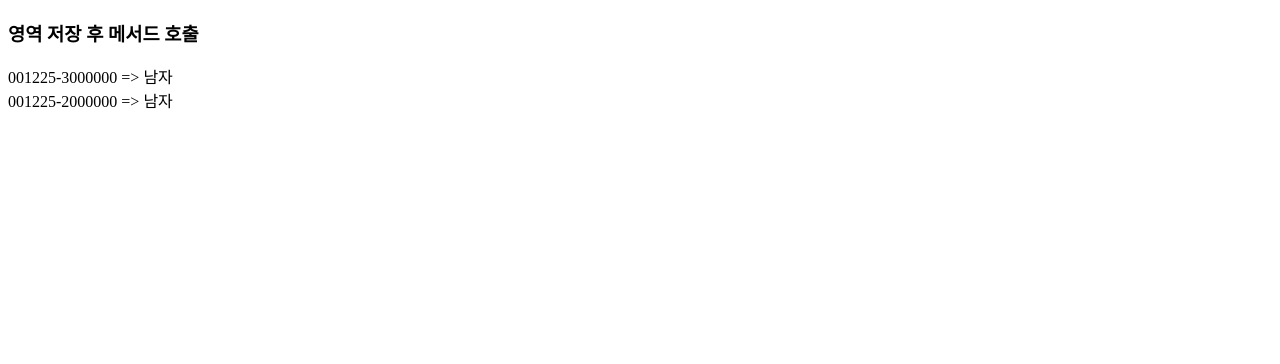
Repository: Jadedvst/Java_JSP-Servlet
Page: http://localhost/MustHaveJSP/10EL/ELCallMethod.jsp
The author's editor kept a copy of each file at every save. The page is drawn from the files as they stood at one save, then again after the next save.
The browser window is 1280 px wide. The pictures show the whole page.
The page is served by Tomcat 10. Other server files are loaded and not shown.

Above is the page before, as saved 2023-12-19 01:45:36.

### MustHaveJSP/src/main/webapp/10EL/ELCallMethod.jsp
<%@page import="el.MyELClass"%>
<%@page import="common.Person"%>
<%@ page language="java" contentType="text/html; charset=UTF-8"
    pageEncoding="UTF-8"%>
<%
MyELClass myClass = new MyELClass();
pageContext.setAttribute("myClass", myClass);
%>
<!DOCTYPE html>
<html>
<head>
<meta charset="UTF-8">
<title>표현 언어(EL) - 메서드 호출</title>
</head>
<body>
	<h3>영역 저장 후 메서드 호출</h3>
	001225-3000000 => ${ myClass.getGender("001225-3000000") }<br/>
	001225-2000000 => ${ myClass.getGender("001225-3000000") }<br/>
</body>
</html>

### MustHaveJSP/src/main/java/el/MyELClass.java
package el;

public class MyELClass {

	//주민번호를 입력받아 성별을 반환
	public String getGender(String jumin) {
		String returnStr="";
		int beginIdx = jumin.indexOf("-")+1;
		String genderStr = jumin.substring(beginIdx, beginIdx+1);
		int genderInt = Integer.parseInt(genderStr);
		if (genderInt == 1||genderInt ==3) returnStr = "남자";
		else if (genderInt == 2||genderInt ==4) returnStr = "여자";
		else returnStr = "주민번호 오류입니다.";
		return returnStr;
	}

	//입력받은 문자열이 숫자인지 판별해줍니다.
	public static boolean isNumber(String value) {
		char[] chArr = value.toCharArray();
		for(int i =0; i<chArr.length;i++) {
			if(!(chArr[i]>='0'&&chArr[i]<='9')) {
				return false;
			}
		}
		return true;
	}

	//입력받은 정수까지의 구구단을 HTML테이블로 출력해줍니다.
	public static String showGugudan(int limitDan) {
		StringBuffer sb = new StringBuffer();
		try {
			sb.append("<table border='1'>");
			for(int i = 2; i<=limitDan;i++) {
				sb.append("<tr>");
				for(int j = 1; j<=9;j++) {
					sb.append("<td>"+i+"*"+j+"="+(i*j)+"</td>");
				}
				sb.append("</tr>");
			}
			sb.append("</table>");
		}catch(Exception e) {
			e.printStackTrace();
		}
		return sb.toString();
	}
}

After the next save:
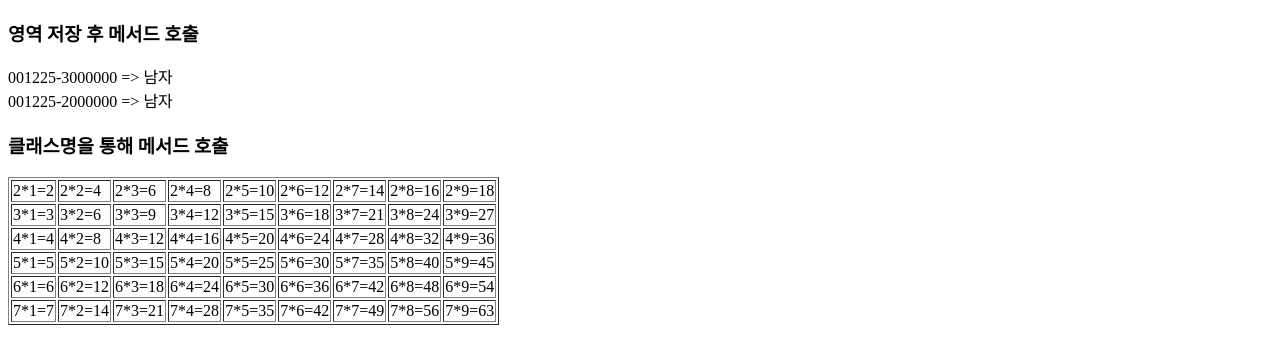
Saved 58 s later.
--- a/MustHaveJSP/src/main/webapp/10EL/ELCallMethod.jsp
+++ b/MustHaveJSP/src/main/webapp/10EL/ELCallMethod.jsp
@@ -16,5 +16,8 @@ pageContext.setAttribute("myClass", myClass);
 	<h3>영역 저장 후 메서드 호출</h3>
 	001225-3000000 => ${ myClass.getGender("001225-3000000") }<br/>
 	001225-2000000 => ${ myClass.getGender("001225-3000000") }<br/>
+
+	<h3>클래스명을 통해 메서드 호출</h3>
+	${ MyELClass.showGugudan(7) }
 </body>
 </html>
